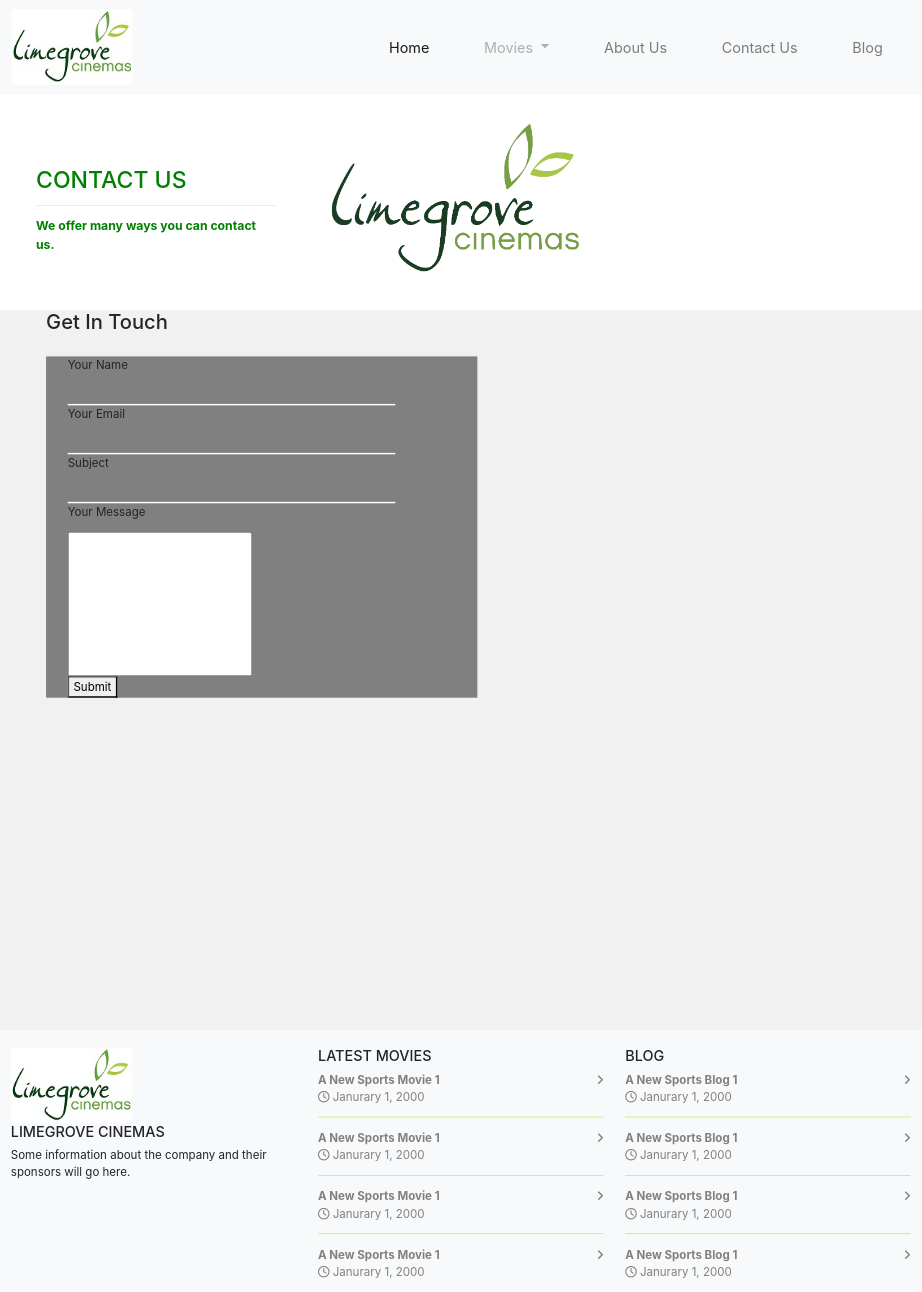
Repository: SimplyZacc/movie-web-template
Page: http://localhost/contactus.php
An editor plug-in stored every save of this project. The page is shown before and after the next save, followed by the edit.
The browser window is 1280 px wide. The pictures show the whole page, at 72% of full size.
Some web libraries are served in a nearby version. The page is run by PHP 8.4 with error messages shown; the project is at /var/www/html/.

Above is the page before, as saved 2020-03-28 12:16:25.

After the next save:
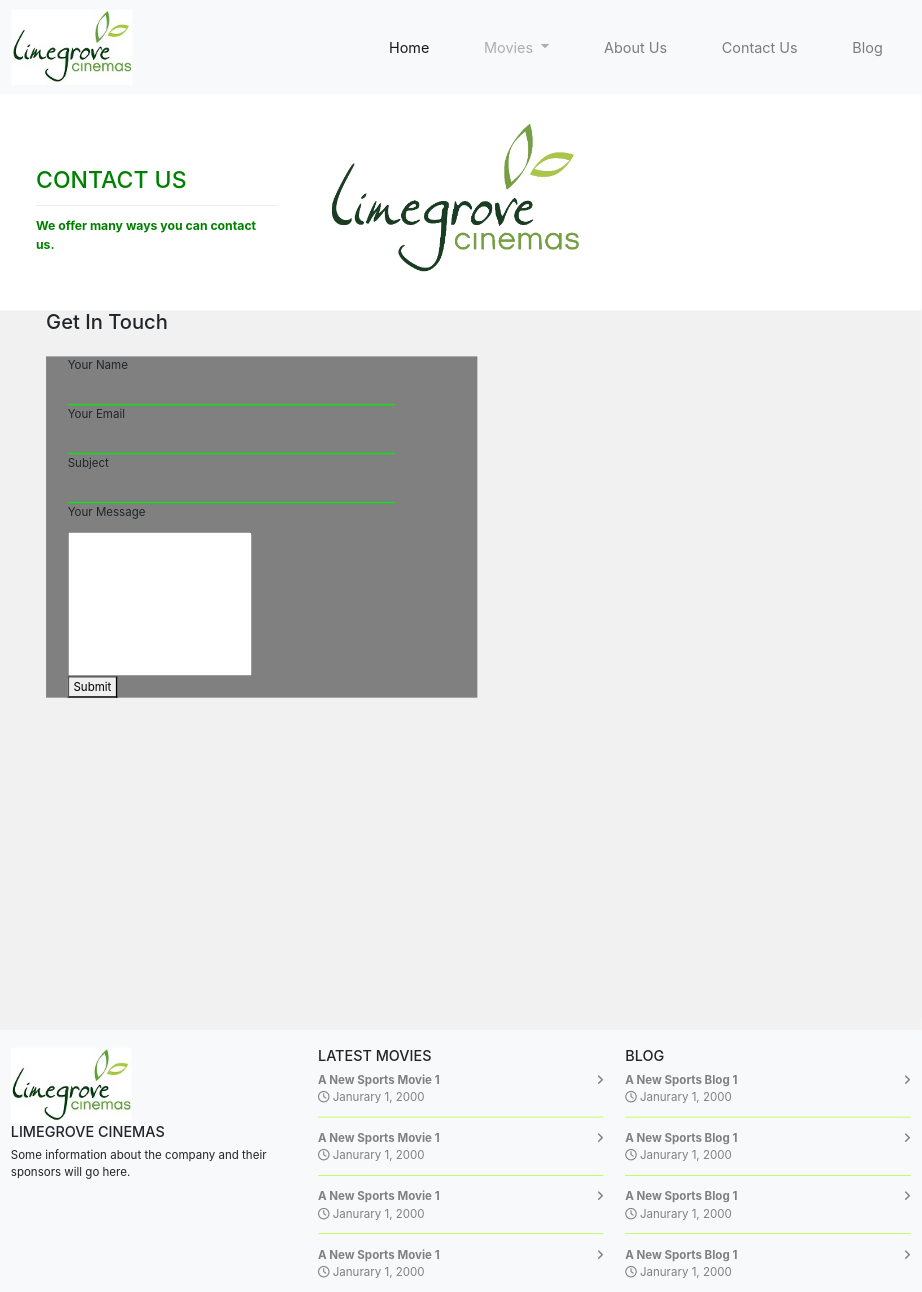
Saved 20 s later.
--- a/assets/css/styles.css
+++ b/assets/css/styles.css
@@ -84,7 +84,7 @@
     background-color: transparent;
 }
 
-.contact-form-input:active{
+.contact-form-input:enabled{
     border-bottom: 2px solid #13df13;
     transition-duration: 0.5s;
 }

After the save that followed:
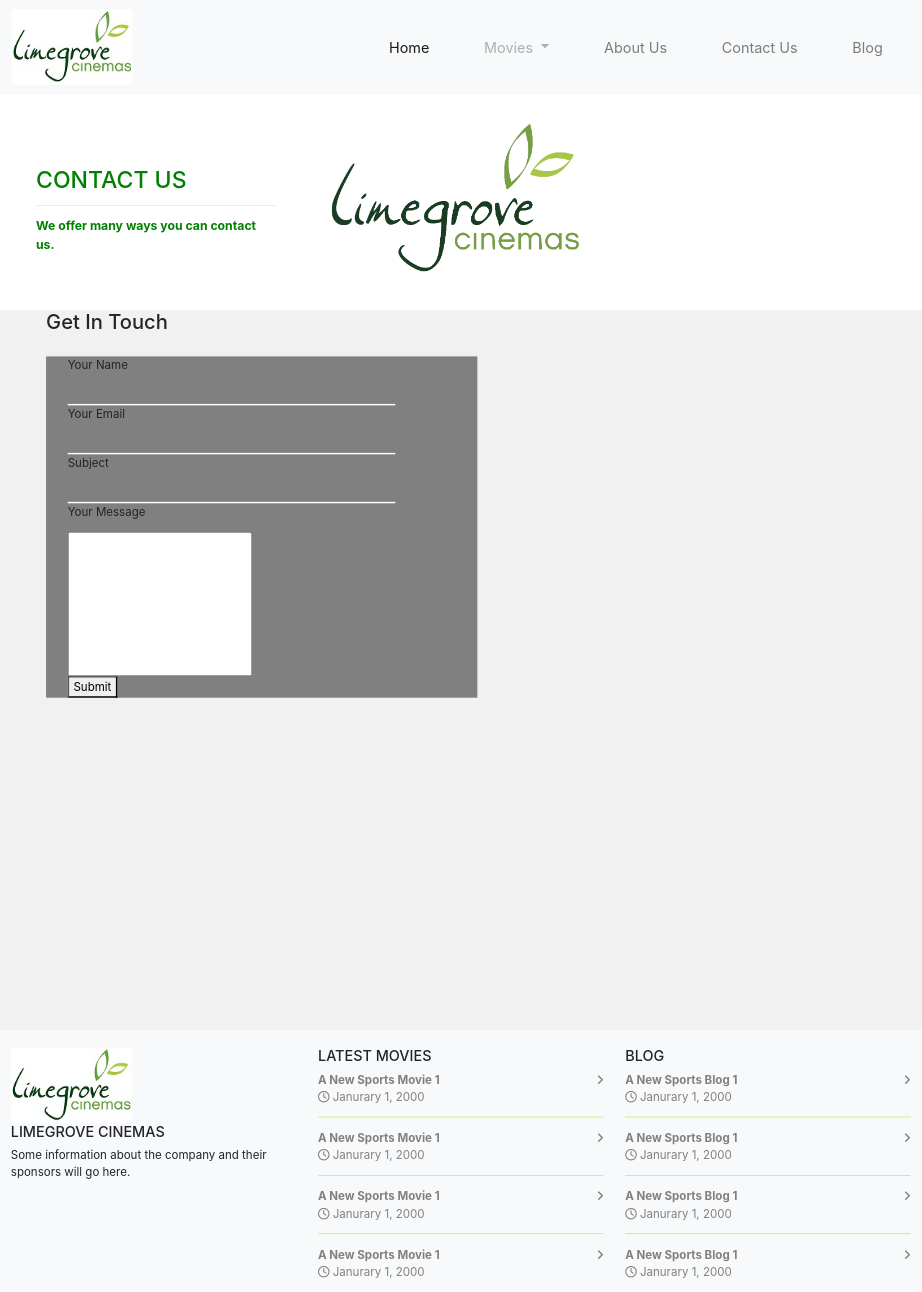
Saved 12 s later.
--- a/assets/css/styles.css
+++ b/assets/css/styles.css
@@ -84,7 +84,7 @@
     background-color: transparent;
 }
 
-.contact-form-input:enabled{
+.contact-form-input:hover{
     border-bottom: 2px solid #13df13;
     transition-duration: 0.5s;
 }
